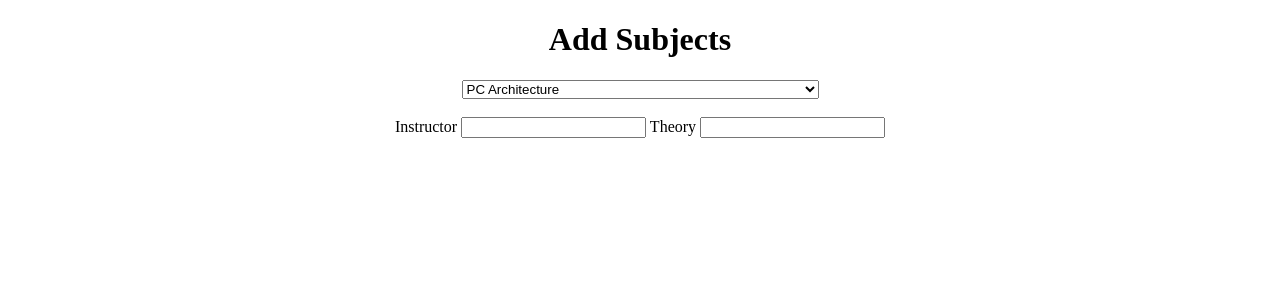
Repository: Gauravsh20/CollegeProject
Page: http://localhost/Clg_project/Add_Subjects.jsp
These files come from the project's save history. The page is drawn as it stood at one moment and after the next save; the edit follows.
The browser window is 1280 px wide. The pictures show the whole page.
The page is served by Tomcat 9. Other server files are loaded and not shown.

Above is the page before, as saved 2022-10-25 07:06:43.

### Clg_project/src/main/webapp/Add_Subjects.jsp
<%@ taglib uri="http://java.sun.com/jsp/jstl/core" prefix="c" %>
<%@ page language="java" contentType="text/html; charset=ISO-8859-1"
    pageEncoding="ISO-8859-1"%>
<!DOCTYPE html>
<html>
<head>
<meta charset="ISO-8859-1">
<title>Insert title here</title>
<script src="https://code.jquery.com/jquery-3.5.1.min.js"></script>
</head>
<body>
<script>
    $(document) .ready(function() {
    	$("#subject").change(function(){
    	var values=$("#subject option:selected");
    	if(values.text()=="C#"){
    		$("#instructor").val("NIIT Instr");
        	}
    	});
    	});
</script>
<center>
<h1>Add Subjects</h1>

<form action="">
<select id="subject" name="subject">
<option  value = "PC Architecture">PC Architecture</option>
<option value = "PC Hardware 1">PC Hardware 1</option>
<option value = "PC Hardware 2">PC Hardware 1</option>
<option value = "Microprocessor Interfacing devices & Embedded System">Microprocessor Interfacing devices & Embedded System</option>
<option value = "C#">C#</option>
<option value = "Data Structures">Data Structures</option>
<option value = "Operating System">Operating System</option>
<option value = "SQL Server">SQL Server</option>
</select> <br/><br/>
Instructor
<input type="txt" id="instructor" name="instructor">
Theory
<input type="txt" id="theory" name="theory">
</form>
</center>
</body>
</html>

After the next save:
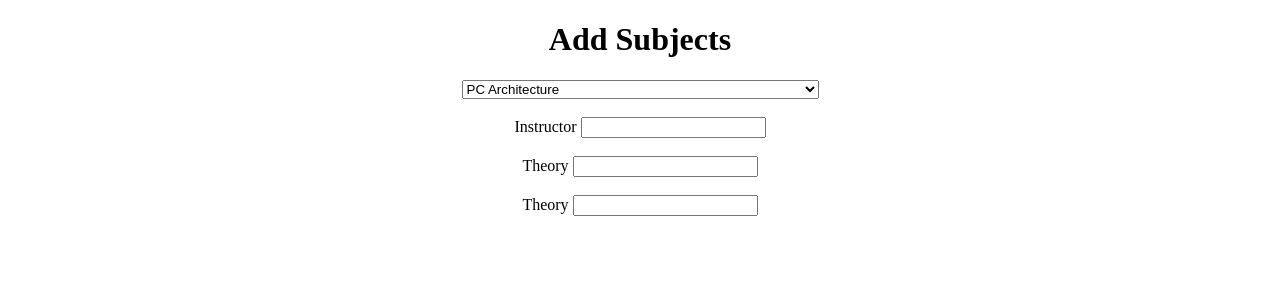
Saved 37 s later.
--- a/Clg_project/src/main/webapp/Add_Subjects.jsp
+++ b/Clg_project/src/main/webapp/Add_Subjects.jsp
@@ -34,9 +34,11 @@
 <option value = "SQL Server">SQL Server</option>
 </select> <br/><br/>
 Instructor
-<input type="txt" id="instructor" name="instructor">
+<input type="txt" id="instructor" name="instructor"><br/><br/>
 Theory
-<input type="txt" id="theory" name="theory">
+<input type="number" id="theory" name="theory"><br/><br/>
+Theory
+<input type="number" id="practical" name="practical"><br/><br/>
 </form>
 </center>
 </body>
